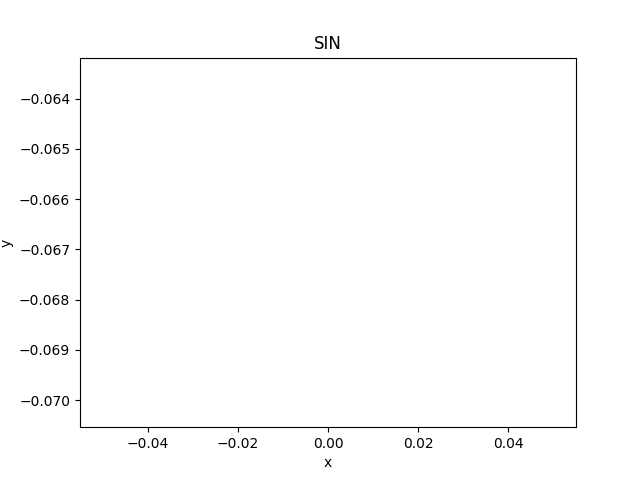
Repository: eieioF11/Python
Script's output: python project/python_sample/Fourier.py
These files come from the project's save history. The script's output is drawn as it stood at one moment and after a run of saves; the edit follows.
Random numbers start from a fixed seed.

Above is the script's output before, as saved 2020-05-22 15:33:56.

After the next 5 saves:
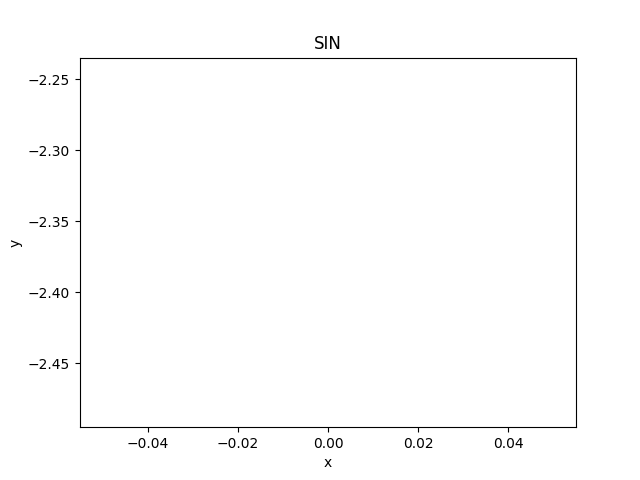
The 5 saves are shown as one change because 2 did not build or start and some came seconds apart.
The last was saved 40 s later.
--- a/project/python_sample/Fourier.py
+++ b/project/python_sample/Fourier.py
@@ -5,11 +5,12 @@ import matplotlib.pyplot as plt
 
 x=0
 k=10
+y=0
 
 for n in range(1,k,1):
-    y=((-1**n)/(2*n-1))*np.cos(n*x)
+    y+=((-1**n)/(2*n-1))*np.cos(n*x)
+y *= 1/2+2/np.pi
 
-y *= 1/2+2/np.pi
 
 
 # グラフを書く
